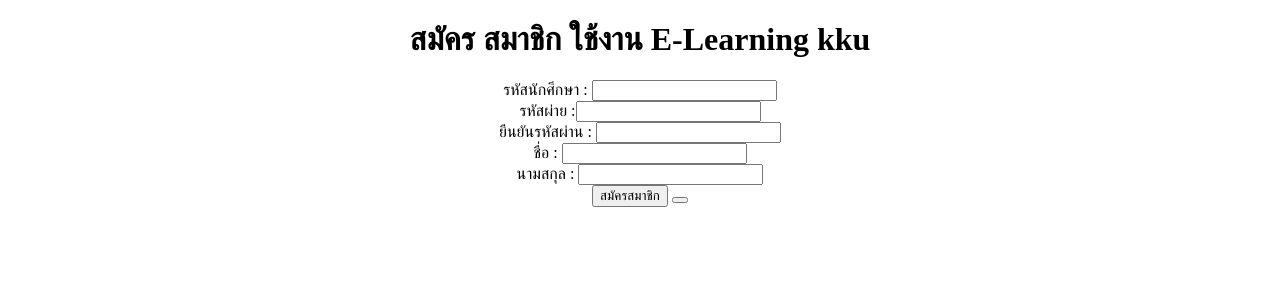
Repository: Wanaratkhamla/LabJavaWeb
Page: http://localhost/TestJoinTable/Register.jsp
These files come from the project's save history. The page is drawn as it stood at one moment and after the next save; the edit follows.
The browser window is 1280 px wide. The pictures show the whole page.
The page is served by Tomcat 9.

Above is the page before, as saved 2017-02-28 18:27:10.

After the next save:
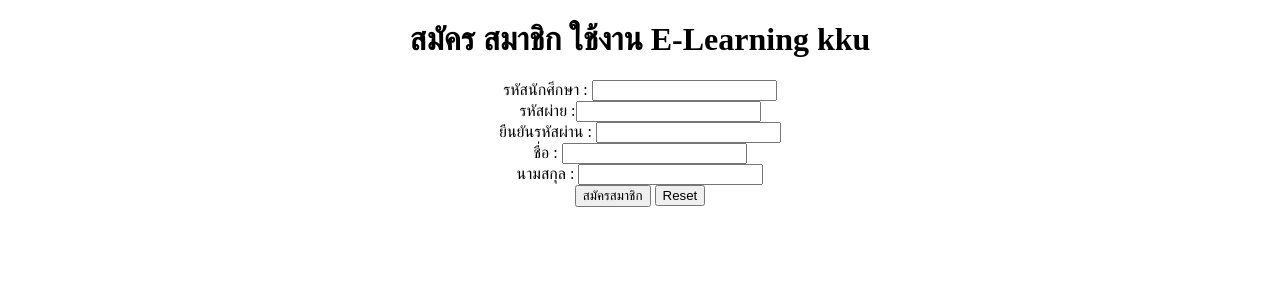
Saved 11 s later.
--- a/TestJoinTable/WebContent/Register.jsp
+++ b/TestJoinTable/WebContent/Register.jsp
@@ -14,7 +14,7 @@
 			<input type="password" name="Password1"><br> ชื่อ : <input type="text" name="fname"><br>
 		นามสกุล : <input type="text" name="lname"><br>
 		<button type="submit">สมัครสมาชิก</button>
-		<button type="button" onclick="myFunction()"></button>
+		<button type="button" onclick="myFunction()">Reset</button>
 	</form>
 	</div>
 	<script>
